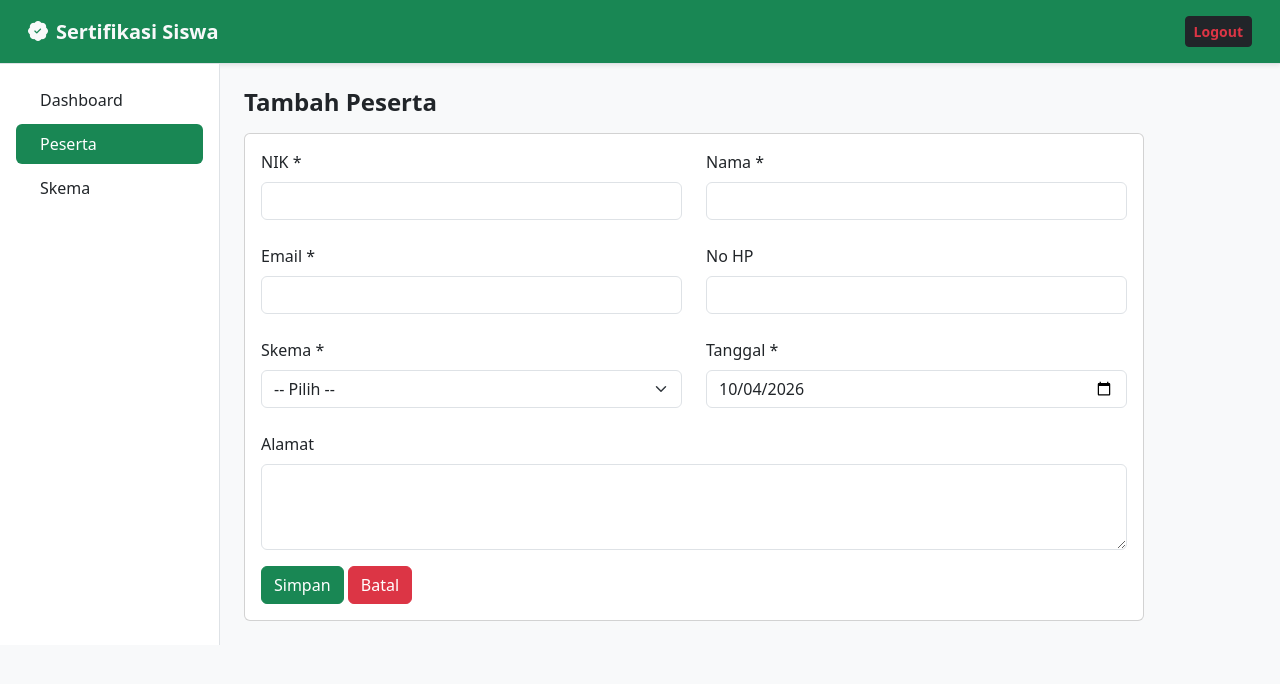
Repository: Zaki-Blip/USK_Project
Page: http://localhost/peserta/create
An editor plug-in stored every save of this project. The page is shown before and after the next save, followed by the edit.
The browser window is 1280 px wide. The pictures show the whole page.
The page is served by the project's Laravel application, run on PHP 8.4 with Laravel 12. A made-up administrator, Test User (test@example.com), is signed in. Other server files are loaded and not shown. Queries for data that is not in the repository find no rows.

Above is the page before, as saved 2026-10-14 04:25:07.

### routes/web.php
<?php

use Illuminate\Support\Facades\Route;
use App\Http\Controllers\AuthController;
use App\Http\Controllers\DashboardController;
use App\Http\Controllers\PesertaController;
use App\Http\Controllers\SkemaController;

// Halaman Awal (publik)
Route::view('/', 'halamanAwal')->name('halamanAwal');

// Area Guest (belum login)
Route::middleware('guest')->group(function () {
    Route::get('/login', [AuthController::class, 'showLogin'])->name('login');
    Route::post('/login', [AuthController::class, 'login']);

    Route::get('/register', [AuthController::class, 'showRegister'])->name('register');
    Route::post('/register', [AuthController::class, 'register']);
});

// Area Terproteksi (sudah login)
Route::middleware('auth')->group(function () {
    Route::post('/logout', [AuthController::class, 'logout'])->name('logout');
    Route::get('/dashboard', [DashboardController::class, 'index'])->name('dashboard');

    // Khusus admin
    Route::middleware('role:admin')->group(function () {
        Route::resource('peserta', PesertaController::class)
            ->parameters(['peserta' => 'peserta'])
            ->only(['destroy']);

        Route::resource('skema', SkemaController::class);
    });

    // Admin & user (pembatasan data dilakukan di controller)
    Route::resource('peserta', PesertaController::class)
        ->parameters(['peserta' => 'peserta'])
        ->only(['index', 'show', 'create', 'store', 'edit', 'update']);
});

### app/Models/User.php
<?php

namespace App\Models;

// use Illuminate\Contracts\Auth\MustVerifyEmail;
use App\Models\Peserta;
//use Database\Factories\UserFactory;
use Illuminate\Database\Eloquent\Attributes\Fillable;
use Illuminate\Database\Eloquent\Attributes\Hidden;
use Illuminate\Database\Eloquent\Factories\HasFactory;
use Illuminate\Foundation\Auth\User as Authenticatable;
use Illuminate\Notifications\Notifiable;

#[Fillable(['name', 'email', 'password','role'])]
#[Hidden(['password', 'remember_token'])]
class User extends Authenticatable
{
    /** @use HasFactory<UserFactory> */
    use HasFactory, Notifiable;

    /**
     * Get the attributes that should be cast.
     *
     * @return array<string, string>
     */
    protected function casts(): array
    {
        return [
            'email_verified_at' => 'datetime',
            'password' => 'hashed',
        ];
    }
    public function isAdmin(): bool
{
    return $this->role === 'admin';
}
    public function peserta()
{
    return $this->hasOne(Peserta::class);
}
}

### app/Http/Controllers/PesertaController.php
<?php

namespace App\Http\Controllers;

use App\Models\Peserta;
use App\Models\Skema;
use Illuminate\Http\Request;

class PesertaController extends Controller
{
    // Admin: daftar semua peserta. User: langsung ke datanya sendiri.
    public function index(Request $request)
{
    $user = $request->user();

    if (! $user->isAdmin()) {
        // Belum isi biodata -> ke form biodata
        if (! $user->peserta) {
            return redirect()->route('peserta.create');
        }

        return redirect()->route('peserta.show', $user->peserta);
    }

    $cari = $request->query('cari');

    $pesertas = Peserta::with('skema')
        ->when($cari, function ($query, $cari) {
            $query->where(function ($q) use ($cari) {
                $q->where('nama', 'like', "%{$cari}%")
                ->orWhere('nik', 'like', "%{$cari}%")
                ->orWhere('email', 'like', "%{$cari}%");
            });
        })
        ->orderBy('nama')
        ->get();

    return view('peserta.index', compact('pesertas'));
}

    public function show(Request $request, Peserta $peserta)
    {
        $this->pastikanBoleh($request->user(), $peserta);

        return view('peserta.show', compact('peserta'));
    }

    // Form tambah (admin saja, dijaga di route)
    public function create(Request $request)
    {
        $user = $request->user();

        // User yang sudah punya biodata tidak boleh bikin lagi
        if (! $user->isAdmin() && $user->peserta) {
            return redirect()->route('peserta.show', $user->peserta);
        }

        $skemas = Skema::orderBy('nama_skema')->get();
        return view('peserta.create', compact('skemas'));
    }

    // Simpan data baru (admin saja, dijaga di route)
    public function store(Request $request)
{
    $user    = $request->user();
    $isAdmin = $user->isAdmin();

    if (! $isAdmin && $user->peserta) {
        return redirect()->route('peserta.show', $user->peserta);
    }

    // Admin: email tidak boleh sama dengan akun lain.
    // User: emailnya boleh sama dengan emailnya sendiri di tabel users.
    $emailRules = ['required', 'email:rfc,dns', 'unique:pesertas,email'];
    if ($isAdmin) {
        $emailRules[] = 'unique:users,email';
    }

    $validated = $request->validate([
        'nik'            => ['required', 'regex:/^[0-9]{16}$/', 'unique:pesertas,nik'],
        'nama'           => ['required', 'max:100', 'regex:/^[a-zA-Z\s\.\']+$/'],
        'email'          => $emailRules,
        'no_hp'          => ['required', 'regex:/^08[0-9]{8,13}$/'],
        'alamat'         => ['required', 'string', 'max:500'],
        'skema_id'       => ['required', 'exists:skemas,id'],
        'tanggal_daftar' => ['required', 'date', 'before_or_equal:today'],
    ], [
        'nik.required'             => 'NIK wajib diisi.',
        'nik.regex'                => 'NIK harus 16 digit angka.',
        'nik.unique'               => 'NIK sudah terdaftar.',
        'nama.required'            => 'Nama wajib diisi.',
        'nama.regex'               => 'Nama hanya boleh huruf, spasi, titik, & petik.',
        'email.required'           => 'Email wajib diisi.',
        'email.email'              => 'Format email tidak valid.',
        'email.unique'             => 'Email sudah terdaftar.',
        'no_hp.required'           => 'No HP wajib diisi.',
        'no_hp.regex'              => 'No HP harus diawali 08 dan memiliki panjang 11-13 digit.',
        'alamat.required'          => 'Alamat wajib diisi.',
        'skema_id.required'        => 'Skema wajib dipilih.',
        'skema_id.exists'          => 'Skema tidak ditemukan.',
        'tanggal_daftar.required'  => 'Tanggal daftar wajib diisi.',
        'tanggal_daftar.date'      => 'Format tanggal tidak valid.',
        'tanggal_daftar.before_or_equal' => 'Tanggal tidak boleh melebihi hari ini.',
    ]);

    // User biasa: biodata otomatis ditautkan ke akunnya sendiri
    if (! $isAdmin) {
        $validated['user_id'] = $user->id;
    }

    $peserta = Peserta::create($validated);

    if ($isAdmin) {
        return redirect()->route('peserta.index')
                         ->with('sukses', 'Data peserta berhasil ditambahkan.');
    }

    return redirect()->route('peserta.show', $peserta)
                     ->with('sukses', 'Biodata kamu berhasil disimpan.');
}

    // Form edit (admin: siapa saja, user: miliknya sendiri)
    public function edit(Request $request, Peserta $peserta)
    {
        $this->pastikanBoleh($request->user(), $peserta);

        $skemas = Skema::orderBy('nama_skema')->get();
        return view('peserta.edit', compact('peserta', 'skemas'));
    }

    // Update data (admin: siapa saja, user: miliknya sendiri)
    public function update(Request $request, Peserta $peserta)
{
    $this->pastikanBoleh($request->user(), $peserta);

    $validated = $request->validate([
    'nama'           => ['required', 'max:100', 'regex:/^[a-zA-Z\s\.\']+$/'],
    'email'          => ['required', 'email:rfc,dns', 'unique:pesertas,email,' . $peserta->id],
    'no_hp'          => ['required', 'regex:/^08[0-9]{8,13}$/'],
    'alamat'         => ['required', 'string', 'max:500'],
    'skema_id'       => ['required', 'exists:skemas,id'],
    'tanggal_daftar' => ['required', 'date', 'before_or_equal:today'],
], [
    'nama.required'            => 'Nama wajib diisi.',
    'nama.regex'               => 'Nama hanya boleh huruf, spasi, titik, & petik.',
    'email.required'           => 'Email wajib diisi.',
    'email.email'              => 'Format email tidak valid.',
    'email.unique'             => 'Email sudah dipakai peserta lain.',
    'no_hp.required'           => 'No HP wajib diisi.',
    'no_hp.digits_between'     => 'No HP harus diawali 08 dan memiliki panjang maks 13 digit.',
    'alamat.required'          => 'Alamat wajib diisi.',
    'skema_id.required'        => 'Skema wajib dipilih.',
    'skema_id.exists'          => 'Skema tidak valid.',
    'tanggal_daftar.required'  => 'Tanggal daftar wajib diisi.',
    'tanggal_daftar.date'      => 'Format tanggal tidak valid.',
    'tanggal_daftar.before_or_equal' => 'Tanggal tidak boleh melebihi hari ini.',
]);

    $peserta->update($validated);

    if ($request->user()->isAdmin()) {
    return redirect()->route('peserta.index')
                     ->with('sukses', 'Data peserta berhasil diperbarui.');
    }

    return redirect()->route('peserta.show', $peserta)
                    ->with('sukses', 'Data kamu berhasil diperbarui.');
}

    // Hapus data (admin saja, dijaga di route)
    public function destroy(Peserta $peserta)
    {
        $peserta->delete();

        return redirect()->route('peserta.index')
                         ->with('sukses', 'Data peserta berhasil dihapus.');
    }

    // Admin boleh semua. User hanya boleh data miliknya sendiri.
    private function pastikanBoleh($user, Peserta $peserta): void
    {
        abort_if(! $user->isAdmin() && $peserta->user_id !== $user->id, 403);
    }
}

### app/Models/Skema.php
<?php

namespace App\Models;

use Illuminate\Database\Eloquent\Model;

class Skema extends Model
{
    protected $table = 'skemas';

    protected $fillable = ['kode_skema', 'nama_skema', 'deskripsi'];

    public function pesertas()
    {
        return $this->hasMany(Peserta::class, 'skema_id');
    }
}

### resources/views/peserta/create.blade.php
@extends('layouts.app')
@section('content')

<h4 class="fw-bold mb-3">Tambah Peserta</h4>

<div class="card p-3" style="max-width:900px">
    <form method="POST" action="{{ route('peserta.store') }}">@csrf
        <div class="row g-4">
            <div class="col-md-6">
                <label class="form-label">NIK *</label>
                <input type="text" name="nik" maxlength="16" class="form-control" value="{{ old('nik') }}">
                @error('nik')<small class="text-danger">{{ $message }}</small>@enderror
            </div>
            <div class="col-md-6">
                <label class="form-label">Nama *</label>
                <input type="text" name="nama" class="form-control"
                value="{{ old('nama', auth()->user()->isAdmin() ? '' : auth()->user()->name) }}">
                @error('nama')<small class="text-danger">{{ $message }}</small>@enderror
            </div>
            <div class="col-md-6">
                <label class="form-label">Email *</label>
                <input type="email" name="email" class="form-control"
                value="{{ old('email', auth()->user()->isAdmin() ? '' : auth()->user()->email) }}">
                @error('email')<small class="text-danger">{{ $message }}</small>@enderror
            </div>
            <div class="col-md-6">
                <label class="form-label">No HP</label>
                <input type="text" name="no_hp" class="form-control" value="{{ old('no_hp') }}">
            </div>
            <div class="col-md-6">
                <label class="form-label">Skema *</label>
                <select name="skema_id" class="form-select">
                    <option value="">-- Pilih --</option>
                    @foreach($skemas as $s)
                        <option value="{{ $s->id }}" {{ old('skema_id') == $s->id ? 'selected' : '' }}>
                            {{ $s->kode_skema }} - {{ $s->nama_skema }}
                        </option>
                    @endforeach
                </select>
                @error('skema_id')<small class="text-danger">{{ $message }}</small>@enderror
            </div>
            <div class="col-md-6">
                <label class="form-label">Tanggal *</label>
                <input type="date" name="tanggal_daftar" class="form-control"
                       value="{{ old('tanggal_daftar', date('Y-m-d')) }}">
            </div>
            <div class="col-12">
                <label class="form-label">Alamat</label>
                <textarea name="alamat" rows="3" class="form-control">{{ old('alamat') }}</textarea>
            </div>
        </div>
        <div class="mt-3">
            <button class="btn btn-success">Simpan</button>
            <a href="{{ route('peserta.index') }}" class="btn btn-danger">Batal</a>
        </div>
    </form>
</div>

@endsection

### resources/views/layouts/app.blade.php
<!DOCTYPE html>
<html lang="id">
<head>
    <meta charset="UTF-8">
    <meta name="viewport" content="width=device-width, initial-scale=1">
    <title>@yield('title', 'Web Sertifikasi')</title>
    <link href="https://cdn.jsdelivr.net/npm/bootstrap@5.3.0/dist/css/bootstrap.min.css" rel="stylesheet">
    <link href="https://cdn.jsdelivr.net/npm/bootstrap-icons@1.11.0/font/bootstrap-icons.css" rel="stylesheet">
</head>
<body class="bg-light min-vh-100">

    {{-- Topbar --}}
    <div class="border-bottom bg-success p-3 shadow-sm">
        <div class="container-fluid d-flex justify-content-between align-items-center">
            <span class="fw-bold text-light fs-5">
                <i class="bi bi-patch-check-fill me-2"></i>Sertifikasi Siswa
            </span>
            <form method="POST" action="{{ route('logout') }}">
                @csrf
                <button class="btn btn-sm btn-dark fw-bold text-danger">Logout</button>
            </form>
        </div>
    </div>

    <div class="d-flex flex-column flex-md-row">

        {{-- Sidebar --}}
        <aside class="bg-white border-end p-3" style="min-width: 220px;">
            <nav class="nav nav-pills flex-column gap-1">

                <a href="{{ route('dashboard') }}"
                   class="nav-link {{ request()->routeIs('dashboard') ? 'active bg-success' : 'text-dark' }}">
                    <i class="bi me-2"></i>Dashboard
                </a>
                @if(auth()->user()->isAdmin())
                    <a href="{{ route('peserta.index') }}"
                    class="nav-link {{ request()->routeIs('peserta.*') ? 'active bg-success' : 'text-dark' }}">
                        <i class="bi me-2"></i>Peserta
                    </a>

                    <a href="{{ route('skema.index') }}"
                    class="nav-link {{ request()->routeIs('skema.*') ? 'active bg-success' : 'text-dark' }}">
                        <i class="bi me-2"></i>Skema
                    </a>
                @else
                    @if(auth()->user()->peserta)
                        <a href="{{ route('peserta.show', auth()->user()->peserta) }}"
                        class="nav-link {{ request()->routeIs('peserta.show') ? 'active bg-success' : 'text-dark' }}">
                            <i class="bi me-2"></i>Data Saya
                        </a>
                    @else
                        <a href="{{ route('peserta.create') }}"
                        class="nav-link {{ request()->routeIs('peserta.create') ? 'active bg-success' : 'text-dark' }}">
                            <i class="bi me-2"></i>Isi Biodata
                        </a>
                    @endif
                @endif

            </nav>
        </aside>

        {{-- Isi Content --}}
        <main class="flex-grow-1 p-4" style="min-width: 0;">
            <div class="w-100">
                @if(session('sukses'))
                    <div class="alert alert-success">{{ session('sukses') }}</div>
                @endif
                @if(session('error'))
                    <div class="alert alert-danger">{{ session('error') }}</div>
                @endif
               @if($errors->any())
                    <div class="alert alert-danger">
                        <ul class="mb-0 ps-3">
                            @foreach($errors->all() as $pesan)
                                <li>{{ $pesan }}</li>
                            @endforeach
                        </ul>
                    </div>
                @endif
                @yield('content')
            </div>
        </main>
    </div>

    <script src="https://cdn.jsdelivr.net/npm/bootstrap@5.3.0/dist/js/bootstrap.bundle.min.js"></script>
</body>
</html>

Loaded but not shown: app/Http/Controllers/Controller.php (common file)

After the next save:
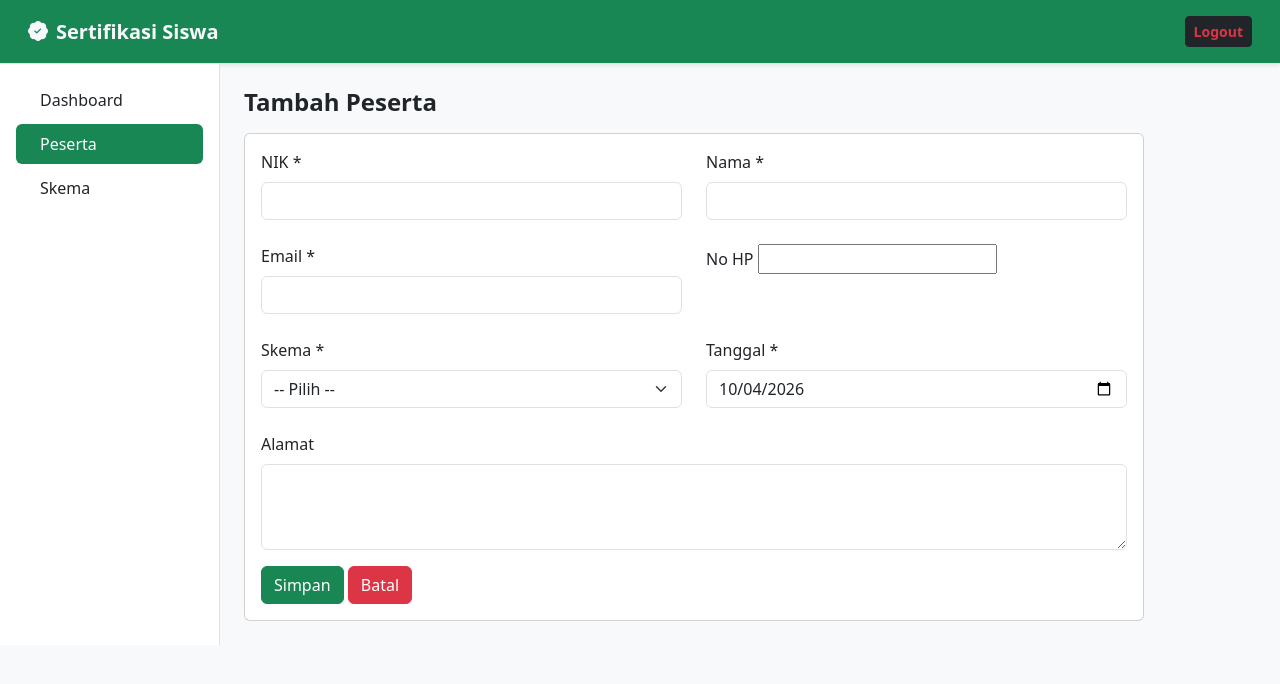
Saved 6 min 7 s later.
--- a/resources/views/peserta/create.blade.php
+++ b/resources/views/peserta/create.blade.php
@@ -25,7 +25,7 @@
             </div>
             <div class="col-md-6">
                 <label class="form-label">No HP</label>
-                <input type="text" name="no_hp" class="form-control" value="{{ old('no_hp') }}">
+                <input type="text" name="no_hp" maxlength="15" ="form-control" value="{{ old('no_hp') }}">
             </div>
             <div class="col-md-6">
                 <label class="form-label">Skema *</label>

After the save that followed:
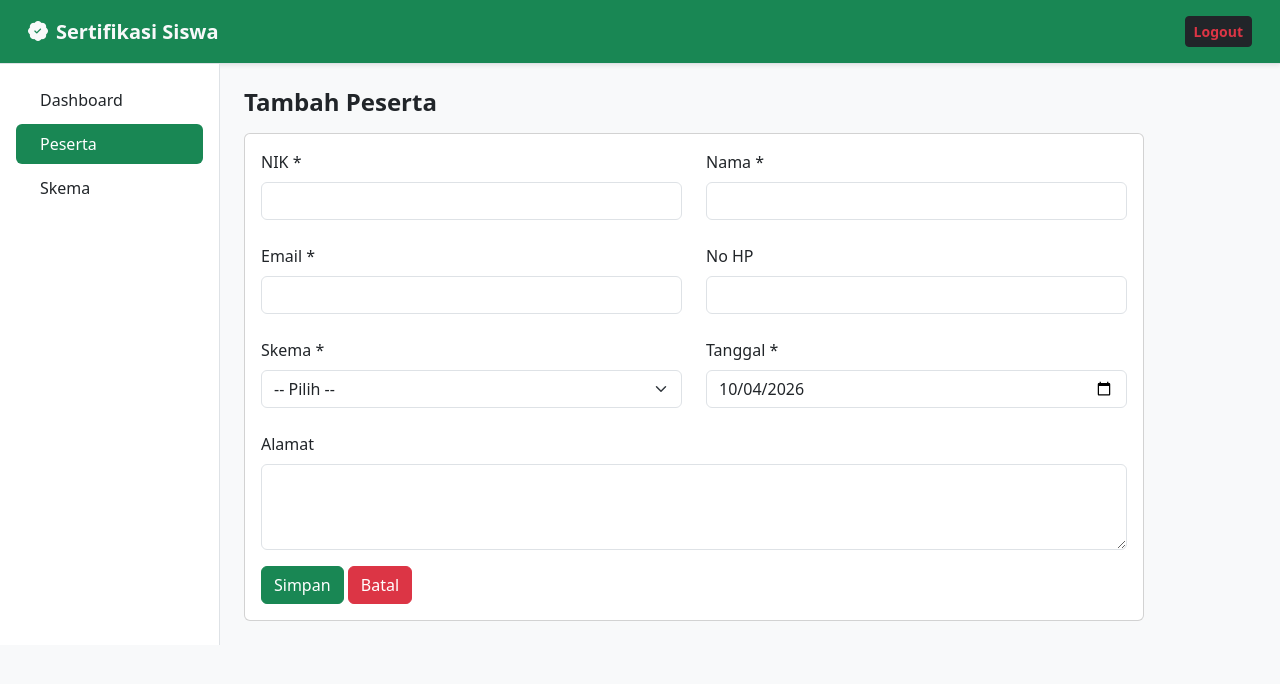
Saved 23 s later.
--- a/resources/views/peserta/create.blade.php
+++ b/resources/views/peserta/create.blade.php
@@ -25,7 +25,7 @@
             </div>
             <div class="col-md-6">
                 <label class="form-label">No HP</label>
-                <input type="text" name="no_hp" maxlength="15" ="form-control" value="{{ old('no_hp') }}">
+                <input type="text" name="no_hp" maxlenght="15"class="form-control" value="{{ old('no_hp') }}">
             </div>
             <div class="col-md-6">
                 <label class="form-label">Skema *</label>
